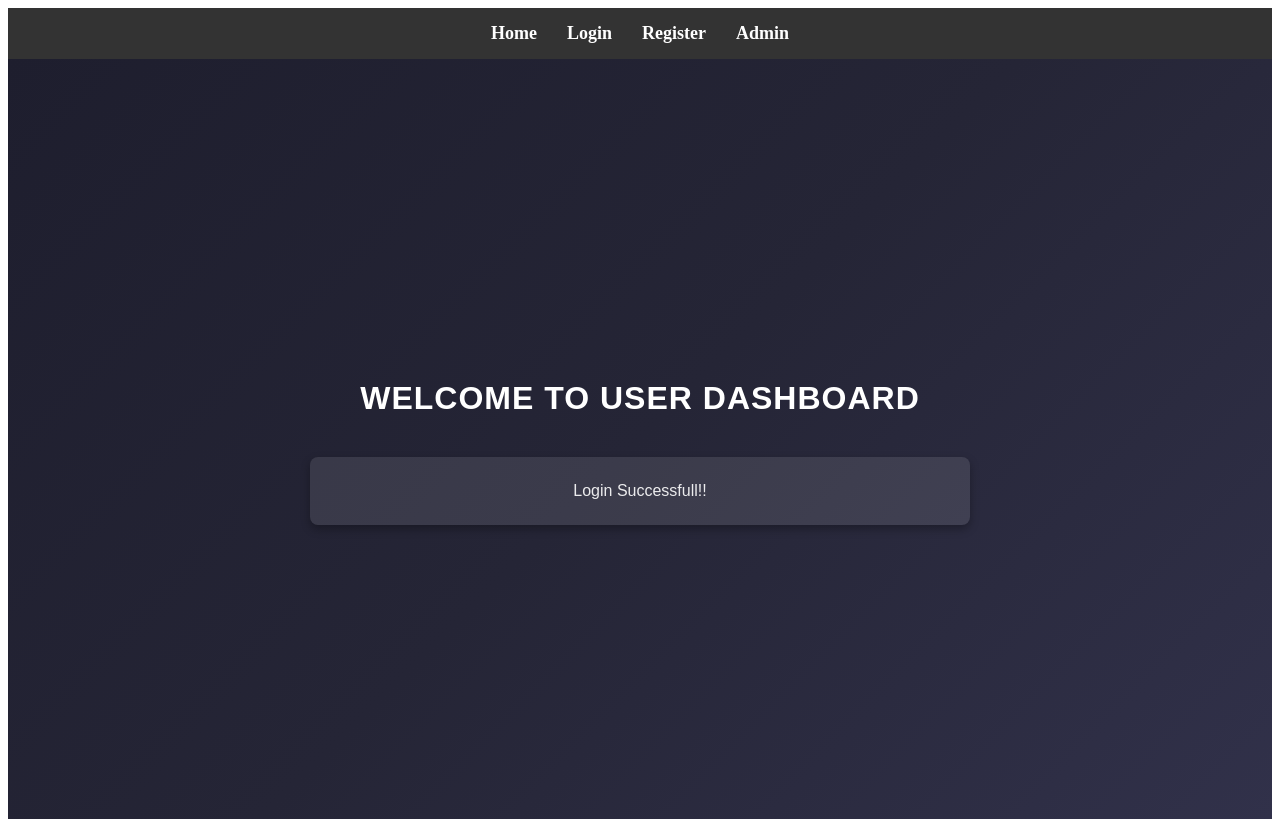
Repository: AhmedIbu/angular-login-app
Page: /user-dashboard (app in angular-login-app/)
These files come from the project's save history. The page is drawn as it stood at one moment and after the next save; the edit follows.
The browser window is 1280 px wide. The pictures show the whole page.
The project was rebuilt for these pictures with package versions that can differ from the ones it lists, and the page was loaded fresh each time. Also part of the build but not shown: angular-login-app/angular.json, angular-login-app/src/app/home/home.component.ts, angular-login-app/src/app/login/login.component.ts, angular-login-app/src/app/services/auth.service.ts, angular-login-app/src/app/register/register.component.ts, angular-login-app/src/app/services/user.service.ts, angular-login-app/src/app/admin-dashboard/admin-dashboard.component.ts, angular-login-app/src/app/admin-login/admin-login.component.ts.

Above is the page before, as saved 2025-02-21 11:47:34.

After the next save:
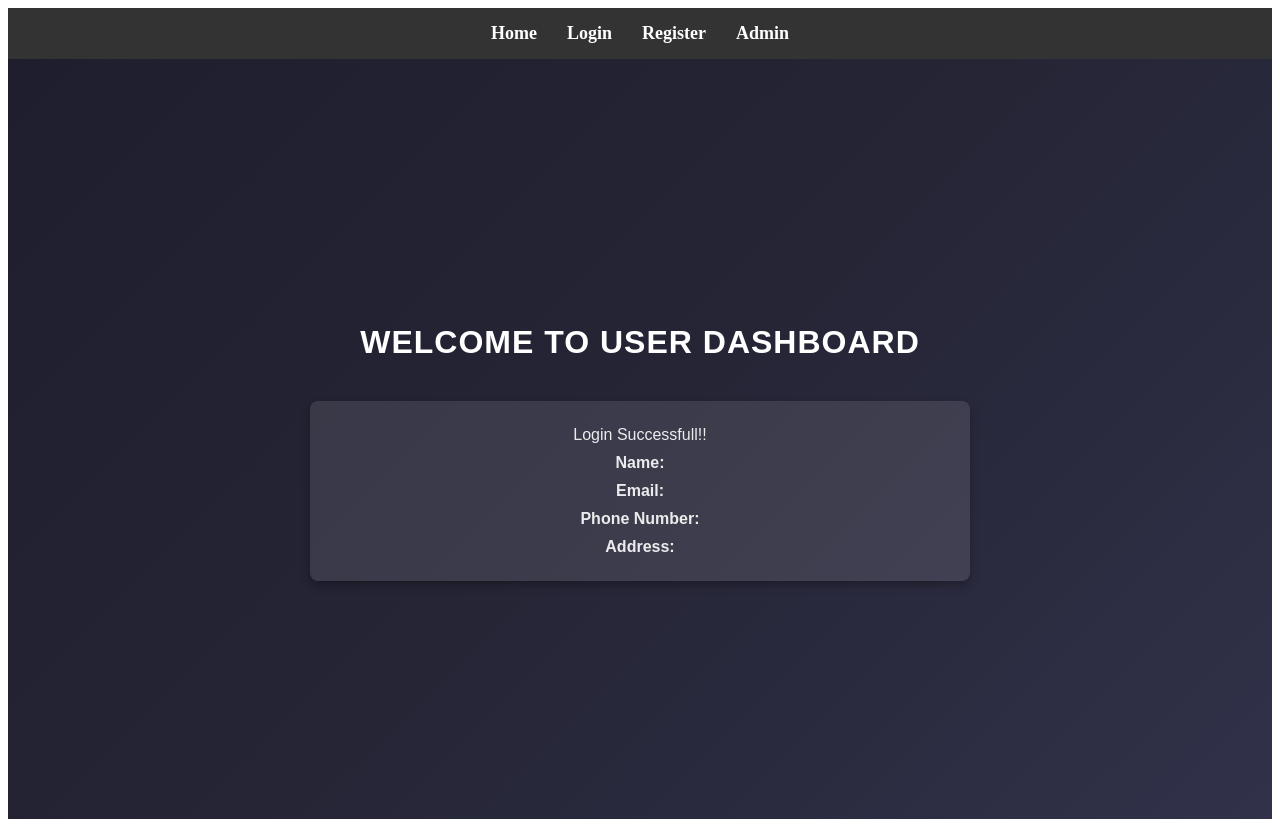
Saved 23 s later.
--- a/angular-login-app/src/app/user-dashboard/user-dashboard.component.html
+++ b/angular-login-app/src/app/user-dashboard/user-dashboard.component.html
@@ -2,5 +2,9 @@
     <h2 class="dashboard-header">Welcome to User Dashboard</h2>
    <div class="user-info">
     <p>Login Successfull!!</p>
+    <p><strong>Name:</strong> {{ user?.name }}</p>
+    <p><strong>Email:</strong> {{ user?.email }}</p>
+    <p><strong>Phone Number:</strong> {{ user?.phone }}</p>
+    <p><strong>Address:</strong> {{ user?.address }}</p>
   </div>
   </div>

After the save that followed:
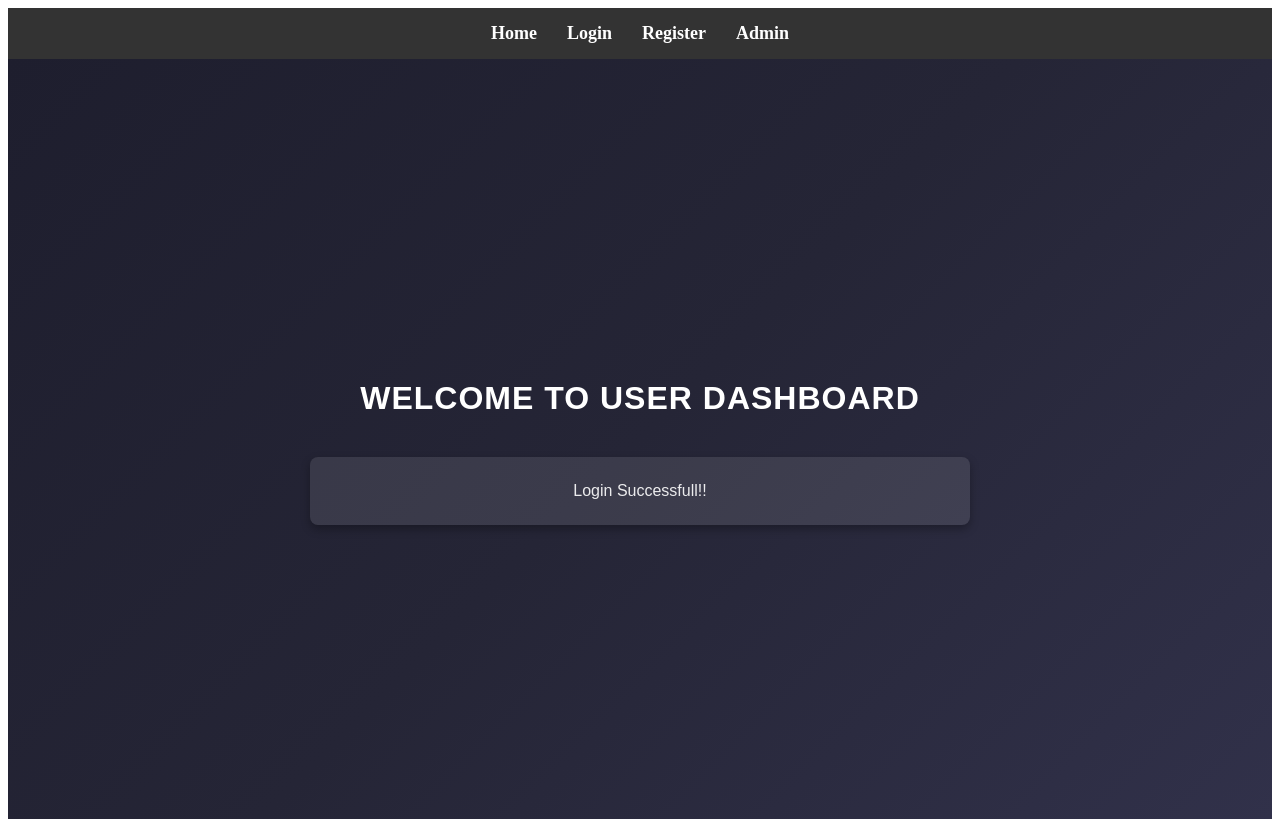
Saved 6 s later.
--- a/angular-login-app/src/app/user-dashboard/user-dashboard.component.html
+++ b/angular-login-app/src/app/user-dashboard/user-dashboard.component.html
@@ -2,9 +2,6 @@
     <h2 class="dashboard-header">Welcome to User Dashboard</h2>
    <div class="user-info">
     <p>Login Successfull!!</p>
-    <p><strong>Name:</strong> {{ user?.name }}</p>
-    <p><strong>Email:</strong> {{ user?.email }}</p>
-    <p><strong>Phone Number:</strong> {{ user?.phone }}</p>
-    <p><strong>Address:</strong> {{ user?.address }}</p>
+
   </div>
   </div>
